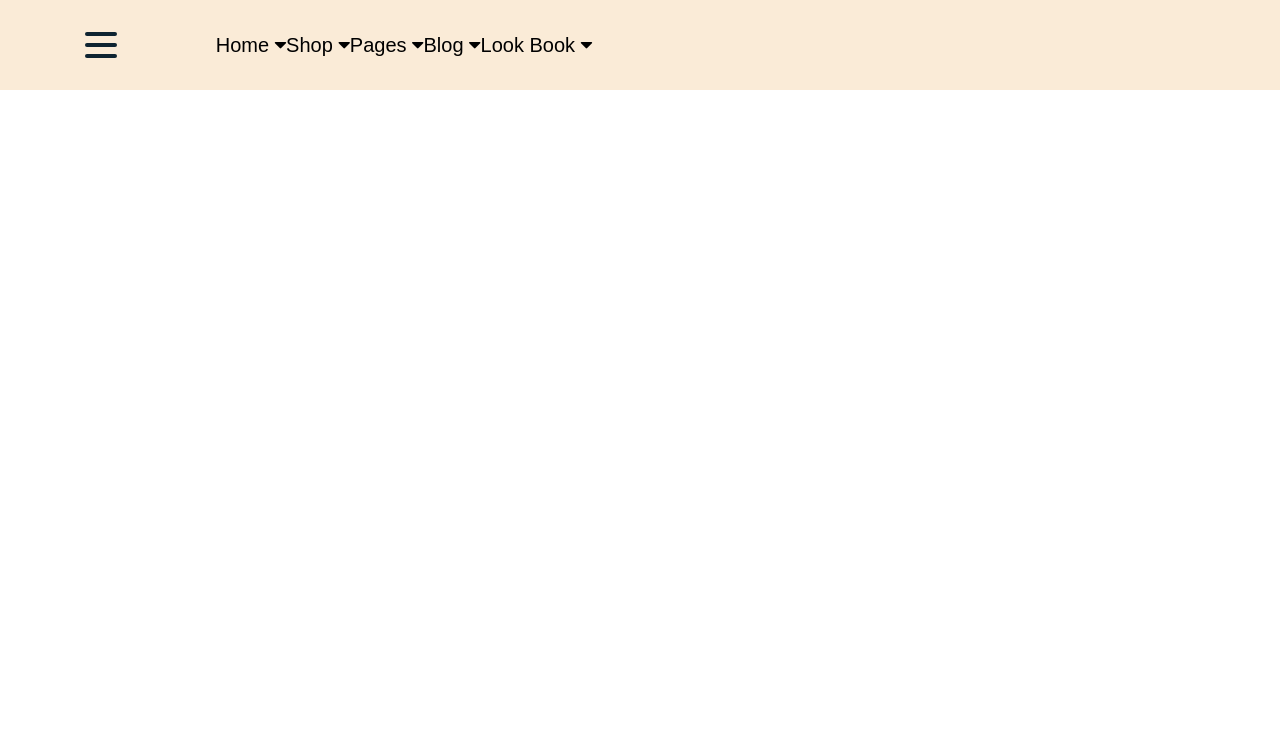
Repository: MorgunovaAlexandra/beauti
Page: index.html
These files come from the project's save history. The page is drawn as it stood at one moment and after the next save; the edit follows.
The browser window is 1280 px wide. The pictures show the whole page.

Above is the page before, as saved 2022-08-24 14:01:57.

### index.html
<!DOCTYPE html>
<html lang="en">
<head>
    <meta charset="UTF-8">
    <meta http-equiv="X-UA-Compatible" content="IE=edge">
    <meta name="viewport" content="width=device-width, initial-scale=1.0">
    <link rel="stylesheet" href="./style.css">
    <link rel="stylesheet" href="https://cdnjs.cloudflare.com/ajax/libs/font-awesome/4.7.0/css/font-awesome.min.css">
    <title>Document</title>
</head>
<body>
    <div class="wrapper">
        <header class="header">
            <div class="header-container _container">
            <nav class="header-nav">

                    <div class="navbar">
                      <div class="container nav-container">
                          <input class="checkbox" type="checkbox" name="" id="" />
                          <div class="hamburger-lines">
                            <span class="line line1"></span>
                            <span class="line line2"></span>
                            <span class="line line3"></span>
                          </div>

                        <div class="menu-items">
                          <li><a href="#">Home</a></li>
                          <li><a href="#">about</a></li>
                          <li><a href="#">blogs</a></li>
                          <li><a href="#">portfolio</a></li>
                          <li><a href="#">contact</a></li>
                        </div>
                      </div>
                    </div>

                <div class="dropdown">
                    <button class="dropbtn">Home
                      <i class="fa fa-caret-down faa"></i>
                    </button>
                    <div class="dropdown-content">
                      <a href="#">Link 1</a>
                      <a href="#">Link 2</a>
                      <a href="#">Link 3</a>
                    </div>
                  </div>
                  <div class="dropdown">
                    <button class="dropbtn">Shop
                      <i class="fa fa-caret-down faa"></i>
                    </button>
                    <div class="dropdown-content">
                      <a href="#">Link 1</a>
                      <a href="#">Link 2</a>
                      <a href="#">Link 3</a>
                      <a href="#">Link 1</a>
                      <a href="#">Link 2</a>
                      <a href="#">Link 3</a>
                    </div>
                  </div>
                  <div class="dropdown">
                    <button class="dropbtn">Pages
                      <i class="fa fa-caret-down faa"></i>
                    </button>
                    <div class="dropdown-content">
                      <a href="#">Link 1</a>
                      <a href="#">Link 2</a>
                      <a href="#">Link 3</a>
                    </div>
                  </div>
                  <div class="dropdown">
                    <button class="dropbtn">Blog
                      <i class="fa fa-caret-down faa"></i>
                    </button>
                    <div class="dropdown-content">
                      <a href="#">Link 1</a>
                      <a href="#">Link 2</a>
                      <a href="#">Link 3</a>
                    </div>
                  </div>
                  <div class="dropdown">
                    <button class="dropbtn">Look Book
                      <i class="fa fa-caret-down faa"></i>
                    </button>
                    <div class="dropdown-content">
                      <a href="#">Link 1</a>
                      <a href="#">Link 2</a>
                      <a href="#">Link 3</a>
                    </div>
                  </div>
            </nav>
            </div>
        </header>
    </div>
</body>
</html>

### style.css
* {
	margin: 0;
	padding: 0;
	border: 0;
	box-sizing: border-box;
}
:before,:after{
	padding: 0;
	margin: 0;
	border: 0;
	box-sizing: border-box;
}
html,body{
	height: 100%;
    font-family: 'SofiaProRegular';
	font-size: 18px;
	font-weight: 400;
}

.wrapper{
	width: 100%;
	overflow: hidden;

}
._container{
	max-width: 1170px;
	margin: 0px auto;
	padding: 0px 10px;
}
._container{
	max-width: 1170px;
	margin: 0px auto;
	padding: 0px 10px;
}
/*--------------------------*/
.header {
	font-family: 'TTCommons-Medium';
	position: absolute;/*---------изменено-----------------*/
	width: 100%;
	top: 0;
	left: 0;
	z-index: 50;
	font-size: 17px;
    height: 90px;
    background-color: antiquewhite;

}
.menu-list{
    display: flex;

    align-items: center;
    height: 90px;

}

a{
   position: relative;
    text-decoration: none;
    color:rgb(37, 37, 37);
    margin-left: 40px;
}
.header-nav{
    display: flex;

    align-items: center;
    height: 90px;
}
.faa:hover{
    animation: move .3s ease-in;
    transform: rotate(180deg) scaleX(-1);
}
@keyframes move {
    from {
        transform: rotate(0deg) scaleX(-1);

    }
    50% {transform: rotate(90deg) scaleX(-1);}
    to {
        transform: rotate(180deg) scaleX(-1);
    }
  }
.dropbtn{
    font-size: 20px;
    background-color: rgb(156, 153, 153,0) ;
    ma
}
.dropdown-content{
    display: none;
    position: absolute;
    background-color: #f9f9f9;
    min-width: 160px;
    z-index: 1;
}
.dropdown-content a {
    float: none;
    color: rgb(156, 153, 153);
    padding: 12px 16px;
    text-decoration: none;
    display: block;
    text-align: left;
}
.dropdown-content a:hover {
    color: rgb(67, 66, 66);
}

.dropdown:hover .dropdown-content {
    display: block;
}
/*=======humburger=======*/
.nav-container {
    display: flex;
    justify-content: space-between;
    align-items: center;
    height: 62px;
  }

  .navbar .menu-items {
    display: flex;
  }

  .navbar .nav-container li {
    list-style: none;
  }

  .navbar .nav-container a {
    text-decoration: none;
    color: #0e2431;
    font-weight: 500;
    font-size: 1.2rem;
    padding: 0.7rem;
  }

  .navbar .nav-container a:hover{
      font-weight: bolder;
  }

  .nav-container {
    display: block;
    position: relative;
    height: 60px;
  }

  .nav-container .checkbox {
    position: absolute;
    display: block;
    height: 32px;
    width: 32px;
    top: 20px;
    left: 20px;
    z-index: 5;
    opacity: 0;
    cursor: pointer;
  }

  .nav-container .hamburger-lines {
    display: block;
    height: 26px;
    width: 32px;
    position: absolute;
    top: 17px;
    left: 20px;
    z-index: 2;
    display: flex;
    flex-direction: column;
    justify-content: space-between;
  }

  .nav-container .hamburger-lines .line {
    display: block;
    height: 4px;
    width: 100%;
    border-radius: 10px;
    background: #0e2431;
  }

  .nav-container .hamburger-lines .line1 {
    transform-origin: 0% 0%;
    transition: transform 0.4s ease-in-out;
  }

  .nav-container .hamburger-lines .line2 {
    transition: transform 0.2s ease-in-out;
  }

  .nav-container .hamburger-lines .line3 {
    transform-origin: 0% 100%;
    transition: transform 0.4s ease-in-out;
  }

  .navbar .menu-items {
    padding-top: 120px;
    box-shadow: inset 0 0 2000px rgba(255, 255, 255, .5);
    height: 100vh;
    width: 100%;
    transform: translate(-150%);
    display: flex;
    flex-direction: column;
    margin-left: -40px;
    padding-left: 50px;
    transition: transform 0.5s ease-in-out;
    text-align: center;
  }

  .navbar .menu-items li {
    margin-bottom: 1.2rem;
    font-size: 1.5rem;
    font-weight: 500;
  }

  .logo {
    position: absolute;
    top: 5px;
    right: 15px;
    font-size: 1.2rem;
    color: #0e2431;
  }

  .nav-container input[type="checkbox"]:checked ~ .menu-items {
    transform: translateX(0);
  }

  .nav-container input[type="checkbox"]:checked ~ .hamburger-lines .line1 {
    transform: rotate(45deg);
  }

  .nav-container input[type="checkbox"]:checked ~ .hamburger-lines .line2 {
    transform: scaleY(0);
  }

  .nav-container input[type="checkbox"]:checked ~ .hamburger-lines .line3 {
    transform: rotate(-45deg);
  }

  .nav-container input[type="checkbox"]:checked ~ .logo{
    display: none;
  }

After the next save:
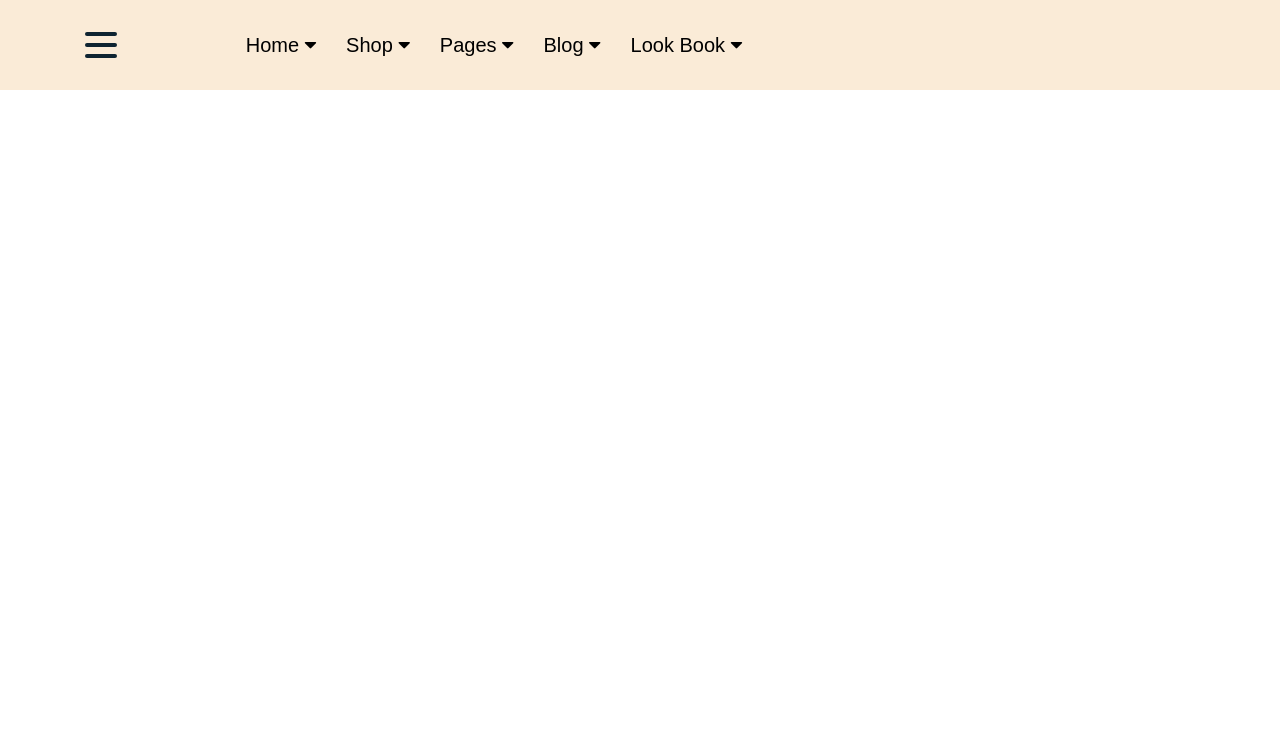
Saved 5 s later.
--- a/style.css
+++ b/style.css
@@ -82,7 +82,7 @@ a{
 .dropbtn{
     font-size: 20px;
     background-color: rgb(156, 153, 153,0) ;
-    ma
+    margin-left: 30px;
 }
 .dropdown-content{
     display: none;
